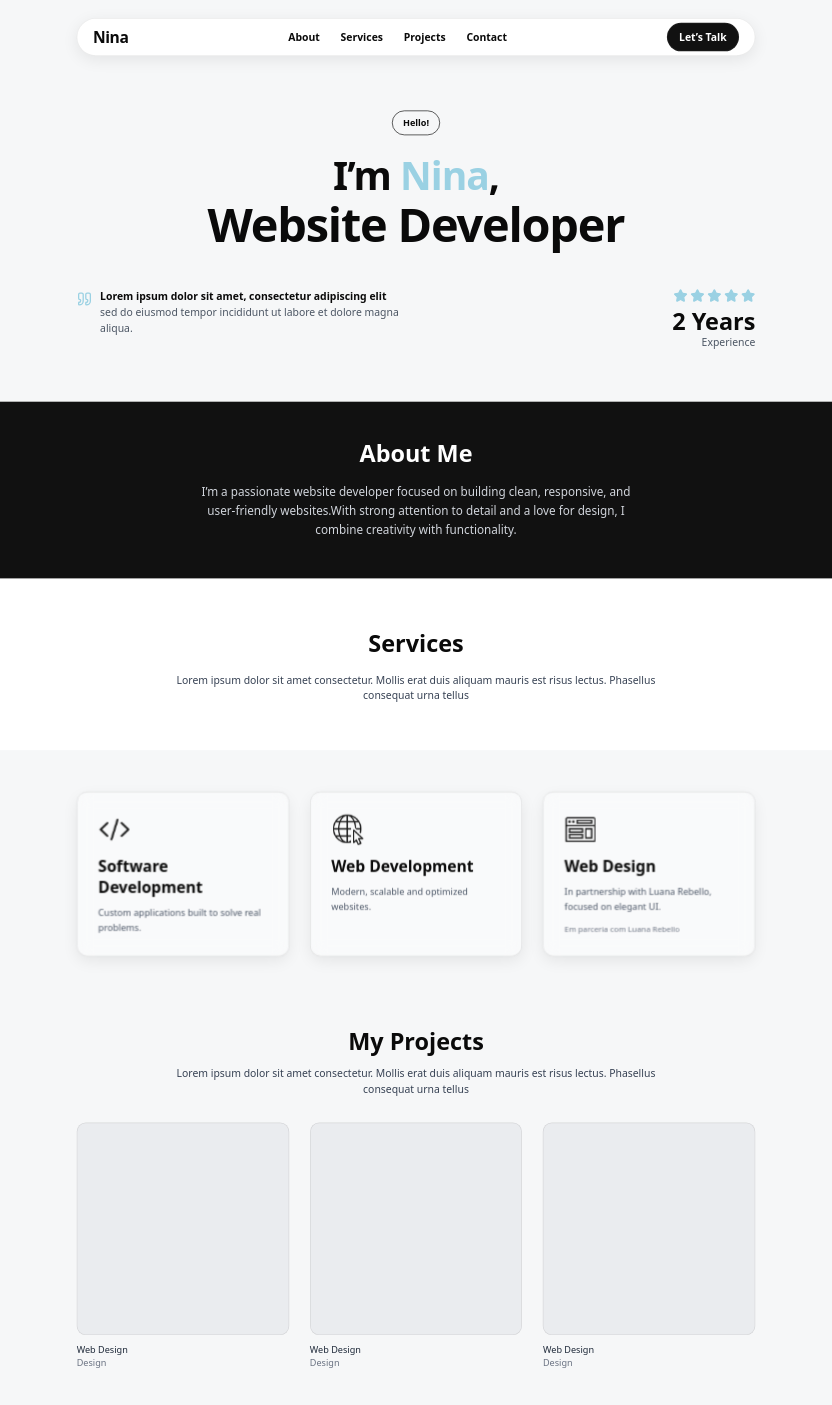
Repository: nina-rebello/portfolio
Page: /
The author's editor kept a copy of each file at every save. The page is drawn from the files as they stood at one save, then again after the next save.
The browser window is 1280 px wide. The pictures show the whole page, at 65% of full size.
The project was rebuilt for these pictures with package versions that can differ from the ones it lists, and the page was loaded fresh each time. The framework's server and built-in components were replaced by stand-ins that run in the browser. Also part of the build but not shown: next.config.ts.

Above is the page before, as saved 2025-09-11 17:50:59.

After the next save:
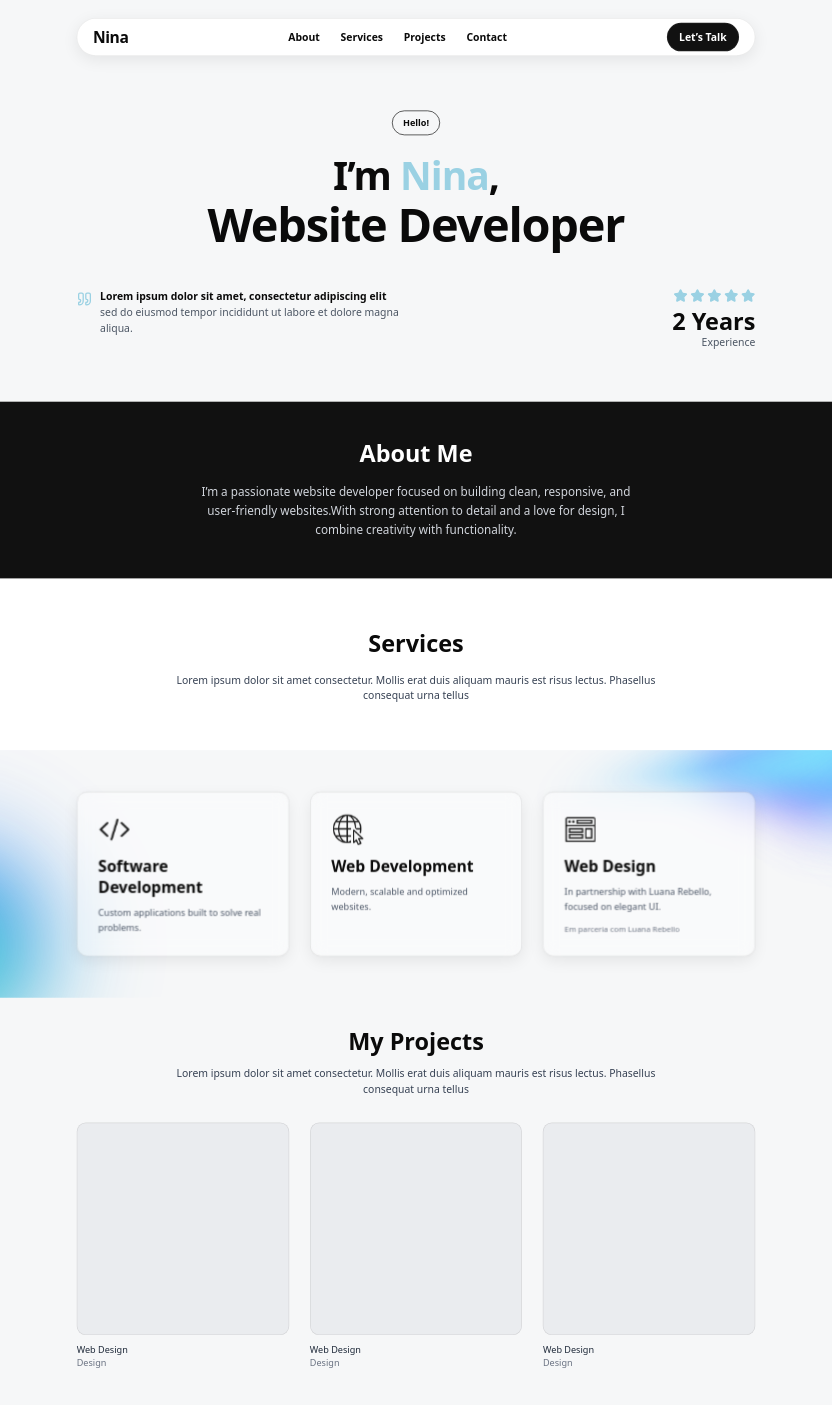
Saved 7 s later.
--- a/components/sections/Services.tsx
+++ b/components/sections/Services.tsx
@@ -20,27 +20,25 @@
 
 export default function Services() {
   return (
-    <section id="services" className="relative overflow-hidden pb-0">
+    <section id="services" className="relative overflow-hidden">
       {/* === gradientes de fundo === */}
-      {/* === gradientes de fundo === */}
-<div className="absolute inset-x-0 top-0 -bottom-[420px] -z-10 pointer-events-none select-none">
-  <Image
-    src="/gradients/light-leak-blur-transparent-free-png.png"
-    alt=""
-    width={1400}
-    height={1000}
-    className="absolute -top-10 left-[-200px] w-[1000px] opacity-80"
-    priority
-  />
-  <Image
-    src="/gradients/blur-gradient.png"
-    alt=""
-    width={860}
-    height={860}
-    className="absolute top-44 right-[-230px] w-[860px] opacity-70"
-  />
-</div>
-
+      <div className="absolute inset-0 z-0 pointer-events-none select-none">
+        <Image
+          src="/gradients/light-leak-blur-transparent-free-png.png"
+          alt=""
+          width={1400}
+          height={1000}
+          className="absolute -top-10 left-200 w-[1000px] opacity-80"
+          priority
+        />
+        <Image
+          src="/gradients/blur-gradient.png"
+          alt=""
+          width={760}
+          height={760}
+          className="absolute top-44 right-230 w-[860px] opacity-70"
+        />
+      </div>
 
       {/* === faixa branca por cima dos gradientes === */}
       <div className="relative z-10 bg-white pt-20 pb-18 text-center">

After the 3 saves that followed:
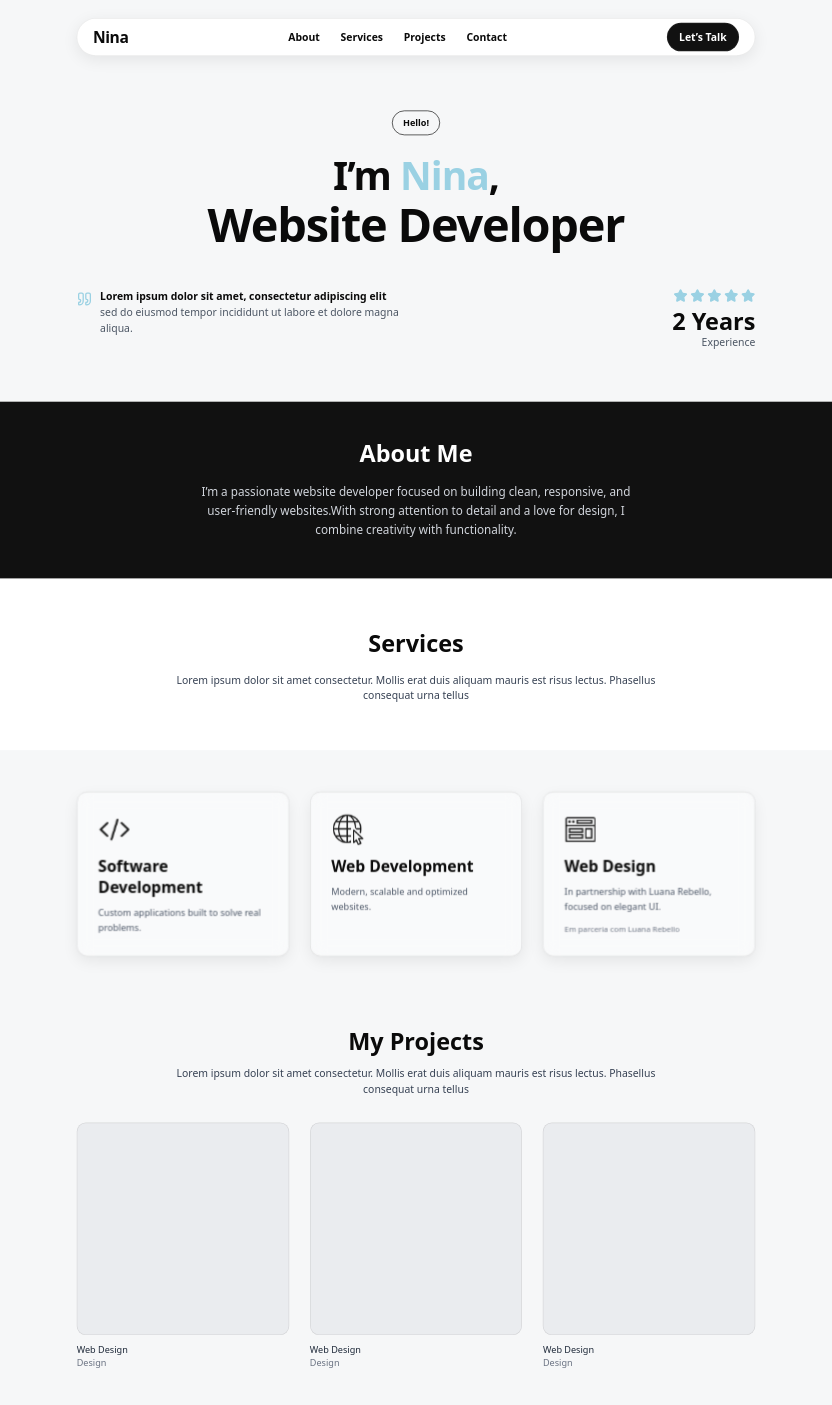
The 3 saves are shown as one change because they came seconds apart.
The last was saved 34 s later.
--- a/components/sections/Services.tsx
+++ b/components/sections/Services.tsx
@@ -20,25 +20,27 @@
 
 export default function Services() {
   return (
-    <section id="services" className="relative overflow-hidden">
+    <section id="services" className="relative overflow-hidden pb-0">
       {/* === gradientes de fundo === */}
-      <div className="absolute inset-0 z-0 pointer-events-none select-none">
-        <Image
-          src="/gradients/light-leak-blur-transparent-free-png.png"
-          alt=""
-          width={1400}
-          height={1000}
-          className="absolute -top-10 left-200 w-[1000px] opacity-80"
-          priority
-        />
-        <Image
-          src="/gradients/blur-gradient.png"
-          alt=""
-          width={760}
-          height={760}
-          className="absolute top-44 right-230 w-[860px] opacity-70"
-        />
-      </div>
+      {/* === gradientes de fundo === */}
+<div className="absolute inset-x-0 top-0 -bottom-[420px] -z-10 pointer-events-none select-none">
+  <Image
+    src="/gradients/light-leak-blur-transparent-free-png.png"
+    alt=""
+    width={1400}
+    height={1000}
+    className="absolute -top-10 left-[-200px] w-[1000px] opacity-80"
+    priority
+  />
+  <Image
+    src="/gradients/blur-gradient.png"
+    alt=""
+    width={860}
+    height={860}
+    className="absolute top-44 right-[-230px] w-[860px] opacity-70"
+  />
+</div>
+
 
       {/* === faixa branca por cima dos gradientes === */}
       <div className="relative z-10 bg-white pt-20 pb-18 text-center">
